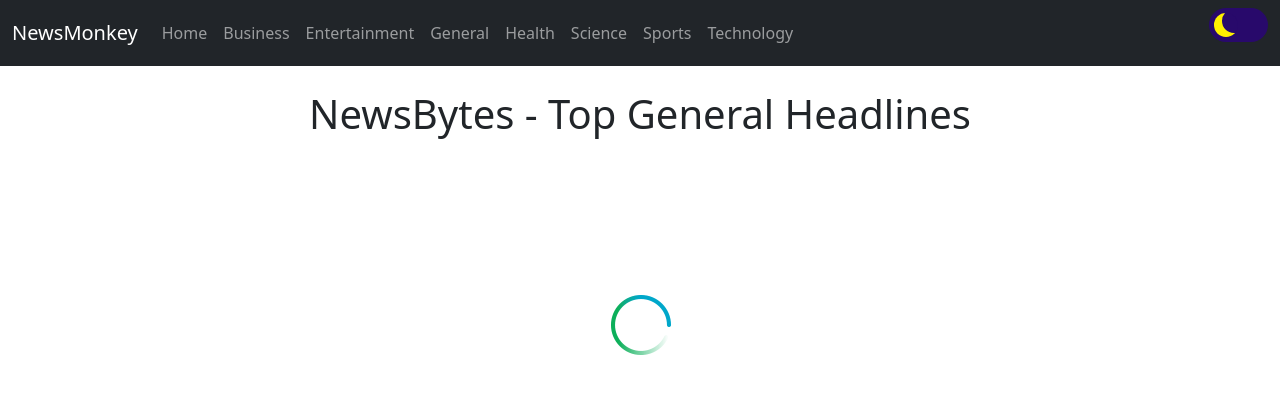
Repository: dhruvdornal/NewsBytes
Page: /
These files come from the project's save history. The page is drawn as it stood at one moment and after the next save; the edit follows.
The browser window is 1280 px wide. The pictures show the whole page.
The page's requests for data from a server got no answer. The project was rebuilt for these pictures with package versions that can differ from the ones it lists, and the page was loaded fresh each time. No one was signed in, and anything a server would have sent is missing. Also part of the build but not shown: src/components/NewsItems.js, src/components/NotFound.js.

Above is the page before, as saved 2023-03-14 19:31:47.

### public/index.html
<!DOCTYPE html>
<html lang="en">
  <head>
    <meta charset="utf-8" />
    <link rel="icon" type="image/png" href="%PUBLIC_URL%/logo.png" />
    <meta name="viewport" content="width=device-width, initial-scale=1" />
    <meta name="theme-color" content="#000000" />
    <meta
      name="description"
      content="Web site created using create-react-app"
    />
    <link rel="apple-touch-icon" href="%PUBLIC_URL%/logo192.png" />
    <!--
      manifest.json provides metadata used when your web app is installed on a
      user's mobile device or desktop. See https://developers.google.com/web/fundamentals/web-app-manifest/
    -->
    <link rel="manifest" href="%PUBLIC_URL%/manifest.json" />
    <link href="https://cdn.jsdelivr.net/npm/bootstrap@5.3.0-alpha1/dist/css/bootstrap.min.css" rel="stylesheet" integrity="sha384-GLhlTQ8iRABdZLl6O3oVMWSktQOp6b7In1Zl3/Jr59b6EGGoI1aFkw7cmDA6j6gD" crossorigin="anonymous">
    <!--
      Notice the use of %PUBLIC_URL% in the tags above.
      It will be replaced with the URL of the `public` folder during the build.
      Only files inside the `public` folder can be referenced from the HTML.

      Unlike "/favicon.ico" or "favicon.ico", "%PUBLIC_URL%/favicon.ico" will
      work correctly both with client-side routing and a non-root public URL.
      Learn how to configure a non-root public URL by running `npm run build`.
    -->
    <title>News Bite</title>
  </head>
  <body>
    <noscript>You need to enable JavaScript to run this app.</noscript>
    <div id="root"></div>
    <!--
      This HTML file is a template.
      If you open it directly in the browser, you will see an empty page.

      You can add webfonts, meta tags, or analytics to this file.
      The build step will place the bundled scripts into the <body> tag.

      To begin the development, run `npm start` or `yarn start`.
      To create a production bundle, use `npm run build` or `yarn build`.
    -->
    <script src="https://cdn.jsdelivr.net/npm/@popperjs/core@2.11.6/dist/umd/popper.min.js" integrity="sha384-oBqDVmMz9ATKxIep9tiCxS/Z9fNfEXiDAYTujMAeBAsjFuCZSmKbSSUnQlmh/jp3" crossorigin="anonymous"></script>
    <script src="https://cdn.jsdelivr.net/npm/bootstrap@5.3.0-alpha1/dist/js/bootstrap.min.js" integrity="sha384-mQ93GR66B00ZXjt0YO5KlohRA5SY2XofN4zfuZxLkoj1gXtW8ANNCe9d5Y3eG5eD" crossorigin="anonymous"></script>
  </body>
</html>

### src/index.css
.infinite-scroll-component {
    overflow: hidden !important;
  }
  :root{
    --body_background: white;
    --body_color: black;
    --link_color: navy;
  }

[data-theme="dark"]{
  --body_background: #282c34;
    --body_color: white;
    --link_color: cyan;
}
*{
  transition: all 0.3s ease-in-out;
}

### src/App.js

import './App.css';

import React, { Component } from 'react'
import NavBar from './components/NavBar';
import News from './components/News';

import {
  Route,
  Routes,
  BrowserRouter,
} from "react-router-dom";
import NotFound from './components/NotFound';

export default class App extends Component {

  render() {

    return (
      <div>
    <BrowserRouter>
    <NavBar/>
        <Routes>
            <Route exact path="/" element={<News key="general"  country="in" category="general" />} />
            <Route exact path="/NewsByte" element={<News key="general"  country="in" category="general" />} />
            <Route exact path="/general" element={<News key="general"  country="in" category="general" />} />
            <Route exact path="/sports" element={<News key="sports"  country="in" category="sports" />} />
            <Route exact path="/science" element={<News key="science"  country="in" category="science" />} />
            <Route exact path="/entertainment" element={<News key="entertainment"  country="in" category="entertainment" />} />
            <Route exact path="/business" element={<News key="business"  country="in" category="business" />}/>
            <Route exact path="/technology" element={<News key="technology"  country="in" category="technology" />} />
            <Route exact path="/health" element={<News key="health"  country="in" category="health" />} />



            <Route exact path="*" element={<NotFound/>}/>
        </Routes>
    </BrowserRouter>
      </div>
    )
  }
}

### src/App.css
.App {
  text-align: center;
}

.App-logo {
  height: 40vmin;
  pointer-events: none;
}

@media (prefers-reduced-motion: no-preference) {
  .App-logo {
    animation: App-logo-spin infinite 20s linear;
  }
}

.App-header {
  background-color: #282c34;
  min-height: 100vh;
  display: flex;
  flex-direction: column;
  align-items: center;
  justify-content: center;
  font-size: calc(10px + 2vmin);
  color: white;
}

.App-link {
  color: #61dafb;
}

@keyframes App-logo-spin {
  from {
    transform: rotate(0deg);
  }
  to {
    transform: rotate(360deg);
  }
}

/*======================
    404 page
=======================*/


.page_404{ padding:40px 0; background:#fff; font-family: 'Arvo', serif;
}

.page_404  img{ width:100%;}

.four_zero_four_bg{

 background-image: url(https://cdn.dribbble.com/users/285475/screenshots/2083086/dribbble_1.gif);
    height: 400px;
    background-position: center;
 }


 .four_zero_four_bg h1{
 font-size:80px;
 }

  .four_zero_four_bg h3{
			 font-size:80px;
			 }

			 .link_404{
	color: #fff!important;
    padding: 10px 20px;
    background: #39ac31;
    margin: 20px 0;
    display: inline-block;}
	.contant_box_404{ margin-top:-50px;}

 /* The switch - the box around the slider */
.switch {
  font-size: 17px;
  position: relative;
  display: inline-block;
  width: 3.5em;
  height: 2em;
}

/* Hide default HTML checkbox */
.switch input {
  opacity: 0;
  width: 0;
  height: 0;
}

/* The slider */
.slider {
  --background: #28096b;
  position: absolute;
  cursor: pointer;
  top: 0;
  left: 0;
  right: 0;
  bottom: 0;
  background-color: var(--background);
  transition: .5s;
  border-radius: 30px;
}

.slider:before {
  position: absolute;
  content: "";
  height: 1.4em;
  width: 1.4em;
  border-radius: 50%;
  left: 10%;
  bottom: 15%;
  box-shadow: inset 8px -4px 0px 0px #fff000;
  background: var(--background);
  transition: .5s;
}

input:checked + .slider {
  background-color: #522ba7;
}

input:checked + .slider:before {
  transform: translateX(100%);
  box-shadow: inset 15px -4px 0px 15px #fff000;
}

### src/components/NavBar.js
// import React, { Component } from 'react'
// import { Link } from 'react-router-dom'
// export default class NavBar extends Component {
//   render() {
//     return (
//       <div>
//         <nav className='navbar fixed-top navbar-expand-lg bg-dark'>
//         <div className="container-fluid">
//     <Link className="navbar-brand text-light" to="/">NewsBytes</Link>
//     <button className="navbar-toggler" type="button" data-bs-toggle="collapse" data-bs-target="#navbarSupportedContent" aria-controls="navbarSupportedContent" aria-expanded="false" aria-label="Toggle navigation">
//       <span className="navbar-toggler-icon"></span>
//     </button>
//     <div className="collapse navbar-collapse" id="navbarSupportedContent">
//       <ul className="navbar-nav me-auto mb-2 mb-lg-0">
//         <li className="nav-item">
//           <Link className="nav-link active text-light" aria-current="page" to="/">Home</Link>
//         </li>
//         <li className="nav-item">
//         </li>
//         <li className="nav-item dropdown">
//           <Link className="nav-link dropdown-toggle text-light" to="#" role="button" data-bs-toggle="dropdown" aria-expanded="false">
//             Category
//           </Link>
//           <ul className="dropdown-menu text-light">
//             <li><Link className="dropdown-item" to="/business">Business</Link></li>
//             <li><Link className="dropdown-item" to="/entertainment">Entertainment</Link></li>
//             <li><Link className="dropdown-item" to="/general">General</Link></li>
//             <li><Link className="dropdown-item" to="/health">Health</Link></li>
//             <li><Link className="dropdown-item" to="/science">Science</Link></li>
//             <li><Link className="dropdown-item" to="/sports">Sports</Link></li>
//             <li><Link className="dropdown-item" to="/technology">Technology</Link></li>
//           </ul>
//         </li>

//       </ul>
//     </div>
//   </div>
// </nav>
//       </div>
//     )
//   }
// }


import React from 'react'
import { Link } from "react-router-dom";



const NavBar = (setDarkMode) => {


    return (
        <div>
            <nav className="navbar fixed-top navbar-expand-lg navbar-dark bg-dark">
                <div className="container-fluid">
                    <Link className="navbar-brand" to="/">NewsMonkey</Link>
                    <button className="navbar-toggler" type="button" data-bs-toggle="collapse" data-bs-target="#navbarSupportedContent" aria-controls="navbarSupportedContent" aria-expanded="false" aria-label="Toggle navigation">
                        <span className="navbar-toggler-icon"></span>
                    </button>
                    <div className="collapse navbar-collapse" id="navbarSupportedContent">
                        <ul className="navbar-nav me-auto mb-2 mb-lg-0">
                            <li className="nav-item">
                                <Link className="nav-link" aria-current="page" to="/">Home</Link>
                            </li>
                            <li className="nav-item"><Link className="nav-link" to="/business">Business</Link></li>
                            <li className="nav-item"><Link className="nav-link" to="/entertainment">Entertainment</Link></li>
                            <li className="nav-item"><Link className="nav-link" to="/general">General</Link></li>
                            <li className="nav-item"><Link className="nav-link" to="/health">Health</Link></li>
                            <li className="nav-item"><Link className="nav-link" to="/science">Science</Link></li>
                            <li className="nav-item"><Link className="nav-link" to="/sports">Sports</Link></li>
                            <li className="nav-item"><Link className="nav-link" to="/technology">Technology</Link></li>
                        </ul>
                        <ul>
                        <label className="switch">
                          <input type="checkbox" />
                          <span className="slider"></span>
                        </label>
                        </ul>
                    </div>
                </div>
            </nav>
        </div>
    )

}

export default NavBar

### src/components/News.js

import React, {useEffect, useState} from 'react'

import NewsItem from './NewsItems'
import Spinner from './Spinner';
import PropTypes from 'prop-types'
import InfiniteScroll from "react-infinite-scroll-component";

const News = (props)=>{
    const [articles, setArticles] = useState([])
    const [loading, setLoading] = useState(true)
    const [page, setPage] = useState(1)
    const [totalResults, setTotalResults] = useState(0)

    const capitalizeFirstLetter = (string) => {
        return string.charAt(0).toUpperCase() + string.slice(1);
    }

    const updateNews = async ()=> {
        const url = `https://newsapi.org/v2/top-headlines?country=${props.country}&category=${props.category}&apiKey=432c8b77277c4c3f902b88850c279f80&page=${page}&pageSize=12`;
        setLoading(true)
        let data = await fetch(url);
        let parsedData = await data.json()
        setArticles(parsedData.articles)
        setTotalResults(parsedData.totalResults)
        setLoading(false)

    }

    useEffect(() => {
        document.title = `${capitalizeFirstLetter(props.category)} - NewsMonkey`;
        updateNews();
        // eslint-disable-next-line
    }, [])


    const fetchMoreData = async () => {
        const url = `https://newsapi.org/v2/top-headlines?country=${props.country}&category=${props.category}&apiKey=432c8b77277c4c3f902b88850c279f80&page=${page+1}&pageSize=12`;
        setPage(page+1)
        let data = await fetch(url);
        let parsedData = await data.json()
        setArticles(articles.concat(parsedData.articles))
        setTotalResults(parsedData.totalResults)
      };

        return (
            <>
                <h1 className="text-center" style={{ margin: '35px 0px', marginTop: '90px' }}>NewsBytes - Top {capitalizeFirstLetter(props.category)} Headlines</h1>
                {loading && <Spinner />}
                <InfiniteScroll
                    dataLength={articles.length}
                    next={fetchMoreData}
                    hasMore={articles.length !== totalResults}
                    loader={<Spinner/>}
                >
                    <div className="container">

                    <div className="row">
                        {articles.map((element) => {
                            return <div className="col-md-4" key={element.url}>
                                <NewsItem title={element.title ? element.title : ""} description={element.description ? element.description : ""} imageUrl={element.urlToImage} newsUrl={element.url} author={element.author} date={element.publishedAt} source={element.source.name} />
                            </div>
                        })}
                    </div>
                    </div>
                </InfiniteScroll>
            </>
        )

}


News.defaultProps = {
    country: 'in',
    pageSize: 8,
    category: 'general',
}

News.propTypes = {
    country: PropTypes.string,
    pageSize: PropTypes.number,
    category: PropTypes.string,
}

export default News

### src/components/Spinner.js
import React, { Component } from 'react'
import loading from './loading.gif'
export class Spinner extends Component {
  render() {
    return (
      <div className='text-center'>
        <img src={loading} alt="loading"></img>
      </div>
    )
  }
}

export default Spinner

Loaded but not shown: src/index.js (common file); src/reportWebVitals.js (common file)

After the next save:
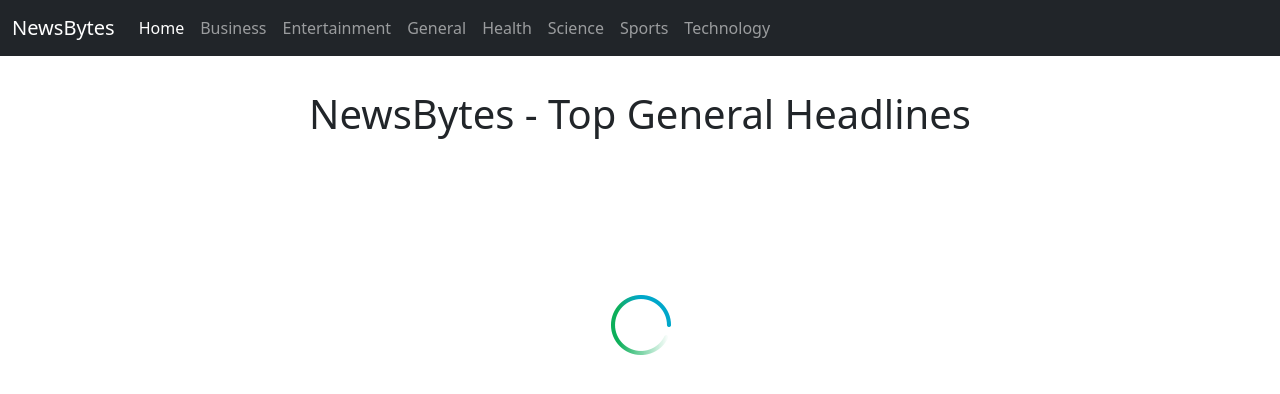
Saved 84 min 3 s later.
--- a/src/components/NavBar.js
+++ b/src/components/NavBar.js
@@ -43,39 +43,37 @@
 
 
 import React from 'react'
-import { Link } from "react-router-dom";
+import { useEffect } from 'react';
+import { Link, useLocation } from "react-router-dom";
 
 
 
 const NavBar = (setDarkMode) => {
+  let location = useLocation();
+  useEffect(()=>{
 
+  },[location])
 
     return (
         <div>
             <nav className="navbar fixed-top navbar-expand-lg navbar-dark bg-dark">
                 <div className="container-fluid">
-                    <Link className="navbar-brand" to="/">NewsMonkey</Link>
+                    <Link className="navbar-brand" to="/">NewsBytes</Link>
                     <button className="navbar-toggler" type="button" data-bs-toggle="collapse" data-bs-target="#navbarSupportedContent" aria-controls="navbarSupportedContent" aria-expanded="false" aria-label="Toggle navigation">
                         <span className="navbar-toggler-icon"></span>
                     </button>
                     <div className="collapse navbar-collapse" id="navbarSupportedContent">
                         <ul className="navbar-nav me-auto mb-2 mb-lg-0">
                             <li className="nav-item">
-                                <Link className="nav-link" aria-current="page" to="/">Home</Link>
+                                <Link className={`nav-link ${location.pathname==="/"? "active":""}`} aria-current="page" to="/">Home</Link>
                             </li>
-                            <li className="nav-item"><Link className="nav-link" to="/business">Business</Link></li>
-                            <li className="nav-item"><Link className="nav-link" to="/entertainment">Entertainment</Link></li>
-                            <li className="nav-item"><Link className="nav-link" to="/general">General</Link></li>
-                            <li className="nav-item"><Link className="nav-link" to="/health">Health</Link></li>
-                            <li className="nav-item"><Link className="nav-link" to="/science">Science</Link></li>
-                            <li className="nav-item"><Link className="nav-link" to="/sports">Sports</Link></li>
-                            <li className="nav-item"><Link className="nav-link" to="/technology">Technology</Link></li>
-                        </ul>
-                        <ul>
-                        <label className="switch">
-                          <input type="checkbox" />
-                          <span className="slider"></span>
-                        </label>
+                            <li className="nav-item"><Link className={`nav-link ${location.pathname==="/business"? "active":""}`} to="/business">Business</Link></li>
+                            <li className="nav-item"><Link className={`nav-link ${location.pathname==="/entertainment"? "active":""}`} to="/entertainment">Entertainment</Link></li>
+                            <li className="nav-item"><Link className={`nav-link ${location.pathname==="/general"? "active":""}`} to="/general">General</Link></li>
+                            <li className="nav-item"><Link className={`nav-link ${location.pathname==="/health"? "active":""}`} to="/health">Health</Link></li>
+                            <li className="nav-item"><Link className={`nav-link ${location.pathname==="/science"? "active":""}`} to="/science">Science</Link></li>
+                            <li className="nav-item"><Link className={`nav-link ${location.pathname==="/sports"? "active":""}`} to="/sports">Sports</Link></li>
+                            <li className="nav-item"><Link className={`nav-link ${location.pathname==="/technology"? "active":""}`} to="/technology">Technology</Link></li>
                         </ul>
                     </div>
                 </div>
